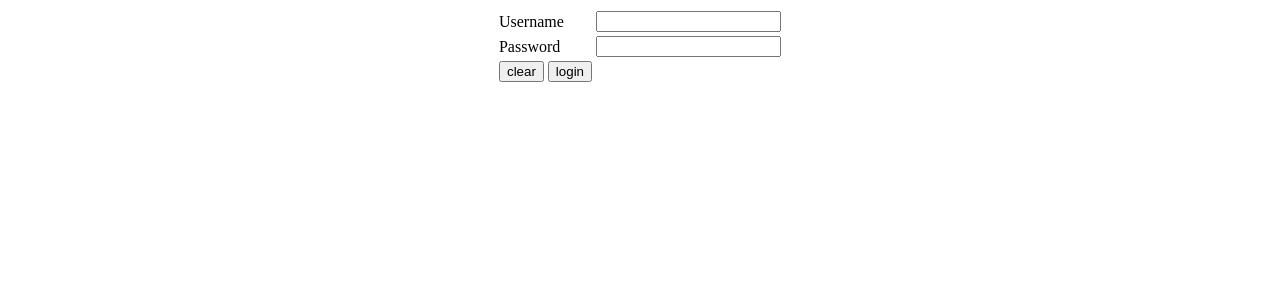
Repository: mounikrishna/java
Page: Servelts,JSP,JSTL/WebBasedApp/WebContent/ login.html
These files come from the project's save history. The page is drawn as it stood at one moment and after the next save; the edit follows.
The browser window is 1280 px wide. The pictures show the whole page.

Above is the page before, as saved 2020-01-21 20:13:38.

After the next save:
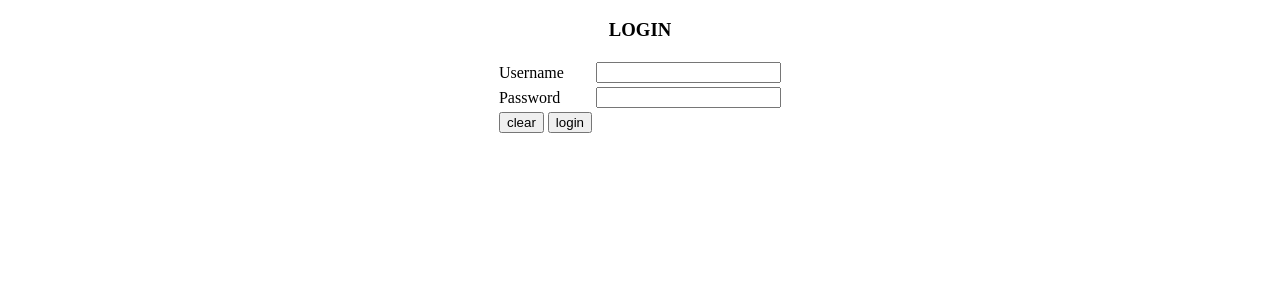
Saved 26 min 2 s later.
--- a/Servelts,JSP,JSTL/WebBasedApp/WebContent/ login.html
+++ b/Servelts,JSP,JSTL/WebBasedApp/WebContent/ login.html
@@ -1,10 +1,11 @@
 <!DOCTYPE html>
 <html>
-<head>
-<meta charset="ISO-8859-1">
-<title>Login Page</title>
-</head>
-<body>
+	<head>
+		<meta charset="ISO-8859-1">
+		<title>Login Page</title>
+	</head>
+	<body>
+		<h3 align = "center">LOGIN</h3>
 		<form action = "check.htm" method= "post">
 		<!-- WE CAN USE EITHER WAY <form action = "https://localhost:8080/WebBasedDemo/create.htm">  -->
 			<table align = "center">
